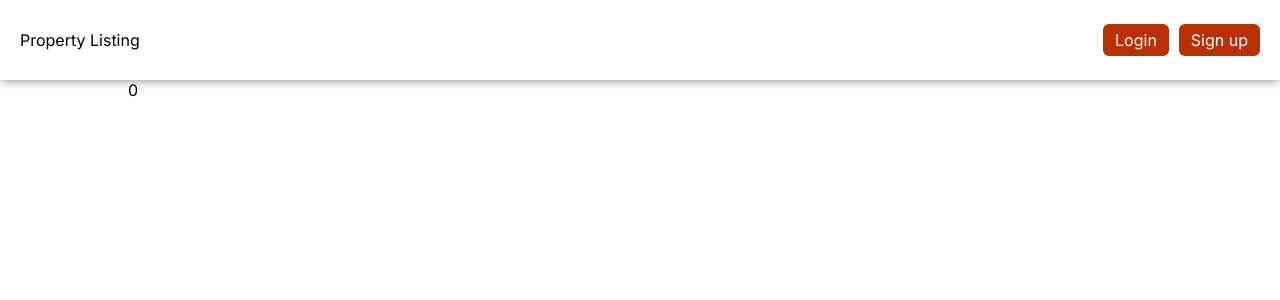
Repository: rehmanwahalah/property-fe
Page: /
These files come from the project's save history. The page is drawn as it stood at one moment and after the next save; the edit follows.
The browser window is 1280 px wide. The pictures show the whole page.
The page's requests for data from a server got no answer. The project was rebuilt for these pictures with package versions that can differ from the ones it lists, and the page was loaded fresh each time. The framework's server and built-in components were replaced by stand-ins that run in the browser. No one was signed in, and anything a server would have sent is missing. Also part of the build but not shown: next.config.mjs, src/app/components/Card/card.module.css, src/app/components/Button/button.module.css, src/app/components/Button/index.js, src/app/components/Card/index.js, src/app/components/Modal/modal.module.css, src/app/components/Modal/index.js.

Above is the page before, as saved 2024-09-04 22:34:06.

After the next save:
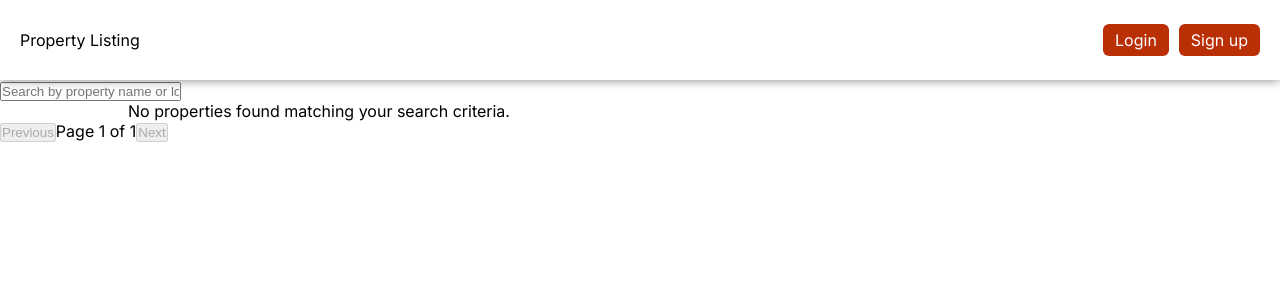
Saved 20 min 49 s later.
--- a/src/app/page.js
+++ b/src/app/page.js
@@ -1,6 +1,6 @@
 "use client"; // Add this directive at the top
 
-import React, { useEffect, useState } from "react";
+import React, { useEffect, useState, useCallback } from "react";
 import classes from "./page.module.css";
 import Card from "./components/Card";
 import NavbarCustom from "./components/Navbar";
@@ -8,33 +8,106 @@ import { propertyService } from "@/services/property.service";
 
 export default function Home() {
   const [listings, setListings] = useState([]);
+  const [searchTerm, setSearchTerm] = useState(""); // Search term state
+  const [currentPage, setCurrentPage] = useState(1); // Current page state
+  const [totalPages, setTotalPages] = useState(1); // Total pages state
+  const [isLoading, setIsLoading] = useState(false); // Loading state
 
-  const fetchProperties = async () => {
+  const fetchProperties = async (search = "", page = 1) => {
+    setIsLoading(true);
     try {
-      const resp = await propertyService.getDashboardListings();
+      // Pass search term and page to API
+      const resp = await propertyService.getPropertyListings(search, page, 20);
       if (resp.status === 200) {
-        setListings(resp.data.data);
+        setListings(resp.data.data); // Set the listings data
+        setTotalPages(resp.data.totalPages); // Set the total pages
       }
     } catch (error) {
       console.log(error);
+    } finally {
+      setIsLoading(false);
     }
   };
+
+  // Fetch properties when the component mounts or when page/search changes
   useEffect(() => {
-    fetchProperties();
-  }, []);
+    fetchProperties(searchTerm, currentPage);
+  }, [searchTerm, currentPage]);
+
+  // Debounce function to delay search API calls until user stops typing
+  const debounce = (func, delay) => {
+    let debounceTimer;
+    return (...args) => {
+      clearTimeout(debounceTimer);
+      debounceTimer = setTimeout(() => func.apply(this, args), delay);
+    };
+  };
+
+  // Handle search input and debounce it
+  const handleSearch = (e) => {
+    const searchValue = e.target.value;
+    setSearchTerm(searchValue);
+  };
+
+  // Debounced search function (wait for 500ms after user stops typing)
+  const debouncedSearch = useCallback(debounce(handleSearch, 500), []);
+
+  // Handle page change
+  const handlePageChange = (newPage) => {
+    if (newPage >= 1 && newPage <= totalPages) {
+      setCurrentPage(newPage);
+    }
+  };
+
   return (
     <>
       <NavbarCustom />
+
+      {/* Search Input */}
+      <div className={classes.searchWrapper}>
+        <input
+          type="text"
+          placeholder="Search by property name or location"
+          onChange={debouncedSearch} // Debounced search input
+          className={classes.searchInput}
+        />
+      </div>
+
       <main className={classes.main}>
-        <section className={`container ${classes.cardsWrapper}`}>
-          {listings &&
-            listings.length &&
-            listings?.map((property, i) => (
-              <React.Fragment key={i}>
-                <Card property={property} />
-              </React.Fragment>
-            ))}
-        </section>
+        {isLoading ? (
+          <p>Loading...</p>
+        ) : (
+          <section className={`container ${classes.cardsWrapper}`}>
+            {listings.length > 0 ? (
+              listings.map((property, i) => (
+                <React.Fragment key={i}>
+                  <Card property={property} />
+                </React.Fragment>
+              ))
+            ) : (
+              <p>No properties found matching your search criteria.</p>
+            )}
+          </section>
+        )}
+
+        {/* Pagination Controls */}
+        <div className={classes.paginationWrapper}>
+          <button
+            onClick={() => handlePageChange(currentPage - 1)}
+            disabled={currentPage === 1}
+          >
+            Previous
+          </button>
+          <span>
+            Page {currentPage} of {totalPages}
+          </span>
+          <button
+            onClick={() => handlePageChange(currentPage + 1)}
+            disabled={currentPage === totalPages}
+          >
+            Next
+          </button>
+        </div>
       </main>
     </>
   );
